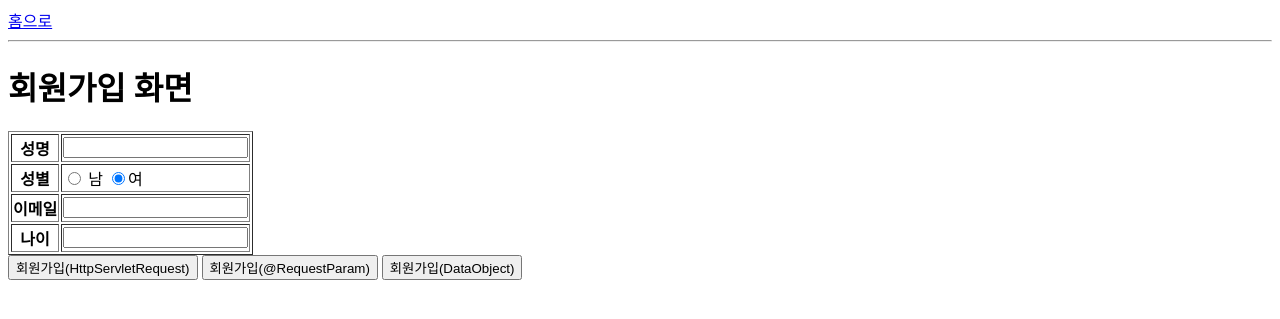
Repository: honsb91/Study_Spring
Page: http://localhost/01.Web/member
The author's editor kept a copy of each file at every save. The page is drawn from the files as they stood at one save, then again after the next save.
The browser window is 1280 px wide. The pictures show the whole page.
The page is served by Tomcat 9.

Above is the page before, as saved 2023-12-20 07:51:45.

After the next save:
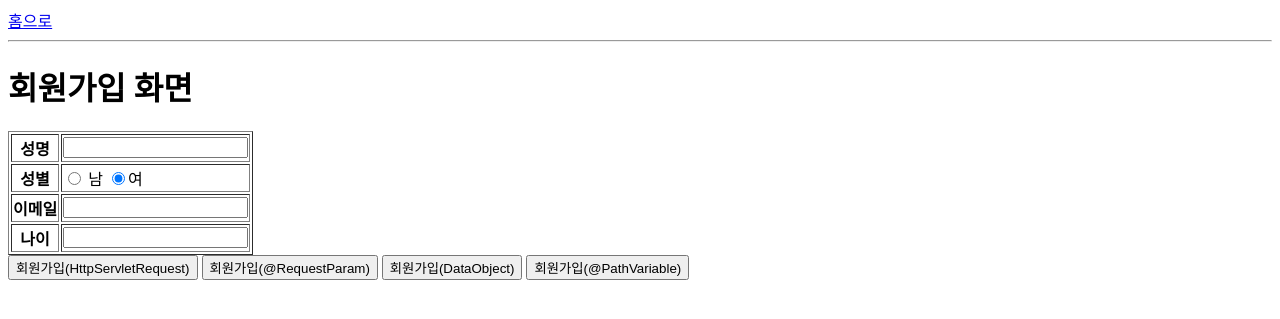
Saved 17 h 4 min later.
--- a/WorkSpace/01.Web/src/main/webapp/WEB-INF/views/member/join.jsp
+++ b/WorkSpace/01.Web/src/main/webapp/WEB-INF/views/member/join.jsp
@@ -37,6 +37,16 @@
 		<input type="submit" value="회원가입(HttpServletRequest)">
 		<input type="submit" value="회원가입(@RequestParam)" onclick="action='joinParam'">
 		<input type="submit" value="회원가입(DataObject)" onclick="action='joinData'">
+		<input type="submit" value="회원가입(@PathVariable)" onclick="go_submit()">
 	</form>
+
+	<script>
+		function go_submit() {
+			//action='joinPath'
+		}
+
+
+	</script>
+
 </body>
 </html>
